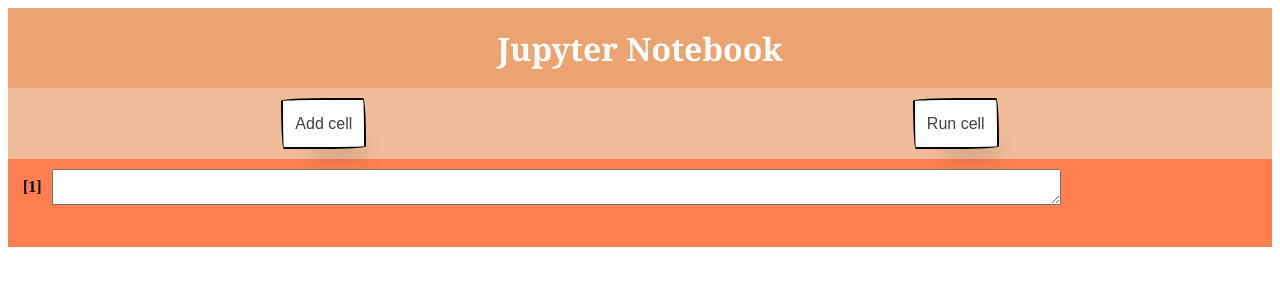
Repository: lingzi-liu/jupyter_notebook_prototype
Page: http://localhost/
An editor plug-in stored every save of this project. The page is shown before and after the next save, followed by the edit.
The browser window is 1280 px wide. The pictures show the whole page.
The page is served by the project's application, run on Flask 3 (app.py).

Above is the page before, as saved 2022-11-13 03:21:57.

### templates/index.html
<!DOCTYPE html>
<html lang="en">

<head>
    <meta charset="UTF-8">
    <meta http-equiv="X-UA-Compatible" content="IE=edge">
    <meta name="viewport" content="width=device-width, initial-scale=1.0">
    <link rel="stylesheet" href="../static/styles/style.css">
    <script defer src="../static/scripts/command_handler.js"></script>
    <script defer src="../static/scripts/script.js"></script>
    <title>Jupter Notebook</title>
</head>

<body>
    <!-- Navigation Bar -->
    <div id="nav">
        <h1>Jupyter Notebook</h1>
    </div>


    <!-- Button Bar -->
    <div id="commands">
        <!-- Add Cell allows you to add new code cells -->
        <!--Triggering a function addCell() when clicked -->
        <button id="addCellButton" onclick="addCell()">Add cell</button>
        <!-- Run Cell allows you to run the code in a selected cell -->
        <!--Triggering a function runCell() when clicked -->
        <button id="runCellButton" onclick="runCell()" id="run">Run cell</button>
    </div>


    <!-- Cell list -->
    <div id="cell-list">
        <!-- Each cell is in separate division -->
        <!-- When clicked, the current cell should become the selected cell by triggering the function selectedCell(this) -->
        <div class="cell" id="1" onclick="selecteCell(this)">
            <h4>[1]</h4>
            <textarea onkeyup="do_resize(this);"></textarea>

            <!--a paragraph component below the cell box for the error message or result, if there is one
            -->
            <p></p>
        </div>
    </div>
</body>

</html>

### app.py
# Step1
from flask import Flask, request, render_template

from contextlib import redirect_stdout
import io
import ast # stands for abstract syntax tree

app = Flask(__name__)

# Step 3: Create a function evaluate_code(code) that takes in a string and returns the output
def evaluate_code(code):
    # Step2: Parse the input code
    parsed = ast.parse(code)


    # Context manager for temporarily redirecting sys.stdout to another file or file-like object.
    with redirect_stdout(io.StringIO()) as f:
        try:
            #
            for input in parsed.body:
                if type(input) == ast.Expr:
                    # eval() allows you to evaluate arbitrary Python expressions from a string-based or compiled-code-based input.
                    # diff: eval() only execute or evaluate expressions
                    result = eval(compile(ast.Expression(input.value), "<string>", "eval"), globals())
                    # show appropiate result
                    if result:
                        print(result)
                else:
                    # exec()can execute any piece of Python code.
                    exec(compile(ast.Module(body=[input], type_ignores=[]), "<string>", "exec"), globals())
        # If there is an exception, in the result print the exception with an error message
        except Exception as e:
            print('Error Occured!')
            print(e.__class__.__name__ + ' : ')
            print(e)


    return f.getvalue()


# Create a default ‘GET’ route for your flask object that directs you to the html page
@app.route('/',methods=['GET'])
def index():
    # Flask template
    # put index.html in templates folder otherwise it will throw a render_template error
    return render_template('index.html')

# Create ‘POST’ route that uses an evaluate function
@app.route('/evaluate', methods=['POST'])
def evaluate():
    # Step2: Extract the command from the json input
    data = request.json
    code = data['command']
    return {'result': evaluate_code(code)}

if __name__== '__main__':
    # set debug to true to see the log and applied changes
    app.run(port=8002, debug = True)

### static/styles/style.css
#nav {
  height: 80px;
  background-color: rgba(228, 126, 58, 0.712);
  font-weight: bold;
  display: flex;
  align-items: center;
}

#nav h1 {
  margin: auto;
  color: white;
  font-family: Georgia, 'Times New Roman', Times, serif;
  text-align: center;
}

#commands {
  background-color: rgba(228, 126, 58, 0.516);
  display: flex;
  justify-content: space-around;
}

#commands button {
  margin: 10px;
  align-self: center;
  background-color: #fff;
  background-image: none;
  background-position: 0 90%;
  background-repeat: repeat no-repeat;
  background-size: 4px 3px;
  border-radius: 15px 225px 255px 15px 15px 255px 225px 15px;
  border-style: solid;
  border-width: 2px;
  box-shadow: rgba(0, 0, 0, .2) 15px 28px 25px -18px;
  box-sizing: border-box;
  color: #41403e;
  cursor: pointer;
  display: inline-block;
  font-family: Neucha, sans-serif;
  font-size: 1rem;
  line-height: 23px;
  outline: none;
  padding: .75rem;
  text-decoration: none;
  transition: all 235ms ease-in-out;
  border-bottom-left-radius: 15px 255px;
  border-bottom-right-radius: 225px 15px;
  border-top-left-radius: 255px 15px;
  border-top-right-radius: 15px 225px;
  user-select: none;
  -webkit-user-select: none;
  touch-action: manipulation;
}

#commands button:hover {
  box-shadow: rgba(0, 0, 0, .3) 2px 8px 8px -5px;
  transform: translate3d(0, 2px, 0);
}

#commands button:focus {
  box-shadow: rgba(0, 0, 0, .3) 2px 8px 4px -6px;
}

.cell {
  background-color: rgba(228, 126, 58, 0.575);
  padding: 10px 5px;
  align-items: center;
  display: flex;
  flex-flow: row wrap;
}

.cell:hover {
  background-color: rgba(57, 35, 20, 0.516);
}

.cell h4 {
  display: inline-block;
  margin: 0;
  padding: 0 10px;
}

.cell textarea {
  width: 80%;
}

.cell p {
  width: 100%;
  margin-left: 40px;
}

### static/scripts/command_handler.js
// runCell() takes the code in the cell and outputs the result if there is a result or the error if there is an error
function runCell() {
    // disable the button from being run again until we process the current code
    runButton = document.getElementById('run');
    runButton.disabled = true;

    cellNum = document.getElementById(selectedCellNumber);
    // get text from the textarea
    text = cellNum.children[1].value;

    // Send the text to the python backend as a command
    // get the response from post request
    fetch('/evaluate', {
        method: 'POST',
        headers: {
            'Content-Type': 'application/json'
        },
        body: JSON.stringify({
            command: text
        })
    }).then((response) => response.json()).then((data) => {
        // Insert the response below the respective code cell as a string
        cellNum.children[2].innerText = data.result;

        // enable the button again
        runButton.disabled = false;
    });
}

### static/scripts/script.js
let selectedCellNumber = 1;
let maxCellNumber = 1;

function do_resize(textbox) {

    var maxrows = 50;
    var txt = textbox.value;
    var cols = textbox.cols;

    var arraytxt = txt.split('\n');
    var rows = arraytxt.length;

    for (i = 0; i < arraytxt.length; i++)
        rows += parseInt(arraytxt[i].length / cols);

    if (rows > maxrows) textbox.rows = maxrows;
    else textbox.rows = rows;
}

function selecteCell(cell) {
    if (selectedCellNumber) {
        document.getElementById(selectedCellNumber).style.backgroundColor = "white";
    }
    selectedCellNumber = cell.id;
    document.getElementById(selectedCellNumber).style.backgroundColor = "coral";
    console.log('cell selected: ', selectedCellNumber)
}

// automatically select the first cell
selecteCell(document.getElementById("1"))

function addCell() {
    maxCellNumber++;
    document.getElementById("cell-list").insertAdjacentHTML('beforeend',
        `<div class="cell" id="${maxCellNumber}" onclick="selecteCell(this)">
    <h4>[${maxCellNumber}]</h4>
    <textarea onkeyup="do_resize(this);"></textarea>
    <p></p>
    </div>`);
    selecteCell(document.getElementById(maxCellNumber));
}

After the next save:
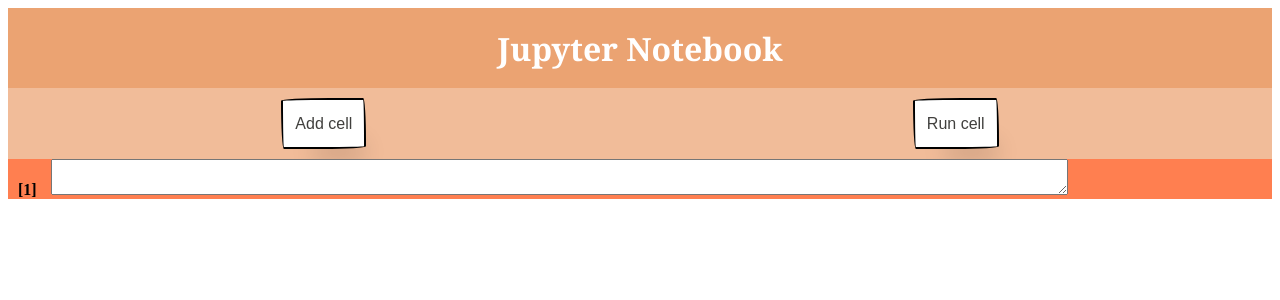
Saved 88 s later.
--- a/static/styles/style.css
+++ b/static/styles/style.css
@@ -60,7 +60,7 @@
   box-shadow: rgba(0, 0, 0, .3) 2px 8px 4px -6px;
 }
 
-.cell {
+#cell-list cell {
   background-color: rgba(228, 126, 58, 0.575);
   padding: 10px 5px;
   align-items: center;
